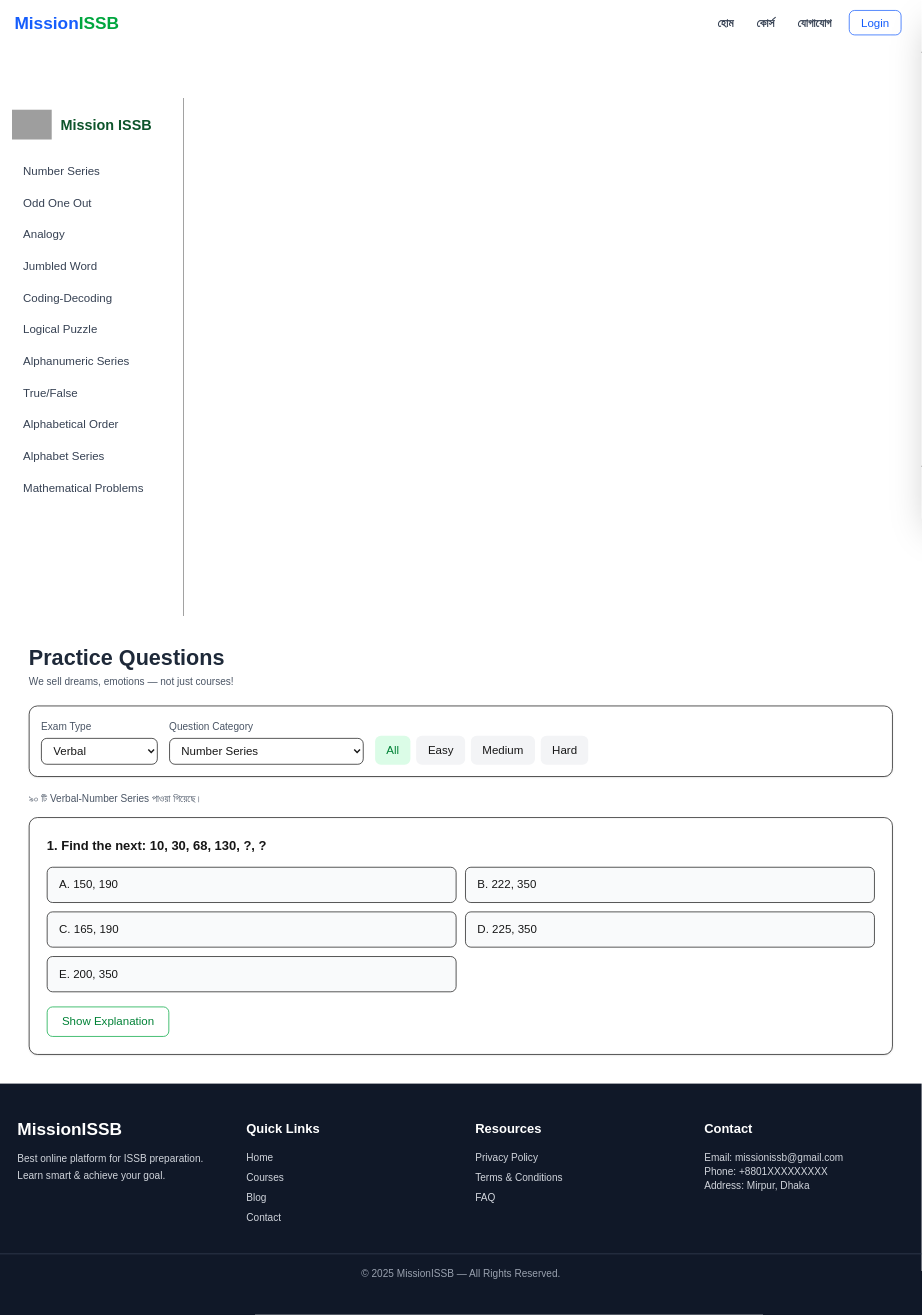
Repository: mdmuhibullahhabib/missionissb
Page: /issb/iq-practice
An editor plug-in stored every save of this project. The page is shown before and after the next save, followed by the edit.
The browser window is 1280 px wide. The pictures show the whole page, at 72% of full size.
Pictures or frames that could not be fetched are drawn as grey boxes. The page's requests for data from a server got no answer. The project was rebuilt for these pictures with package versions that can differ from the ones it lists, and the page was loaded fresh each time. The framework's server and built-in components were replaced by stand-ins that run in the browser. No one was signed in, and anything a server would have sent is missing. Also part of the build but not shown: next.config.mjs.

Above is the page before, as saved 2025-12-11 23:40:26.

### app/layout.js
import { Geist, Geist_Mono } from 'next/font/google'
import './globals.css'
import Footer from '@/components/shared/Footer'
import Navbar from '@/components/shared/Navbar'
import NextAuthProvider from './providers/NextAuthProvider'
import LayoutWrapper from '@/components/LayoutWrapper'

const geistSans = Geist({
  variable: '--font-geist-sans',
  subsets: ['latin']
})

const geistMono = Geist_Mono({
  variable: '--font-geist-mono',
  subsets: ['latin']
})

export const metadata = {
  title: 'Mission ISSB',
  description: 'Generated by create next app'
}

export default function RootLayout({ children }) {
  return (
    <html lang='en' suppressHydrationWarning={true}>
      <body
        className={`${geistSans.variable} ${geistMono.variable} antialiased`}
      >
        <NextAuthProvider>

                    <LayoutWrapper>{children}</LayoutWrapper>


          {/* <Navbar />

          {children}

          <Footer /> */}
        </NextAuthProvider>
      </body>
    </html>
  )
}

### app/issb/iq-practice/page.jsx
"use client";

import React from 'react'
import AsideMenu from './components/AsideMenu';
import PracticeQuestions from './components/PracticeQuestions';

const IqPracticePage = () => {
  return (
    <div className='mt-34'>
        <AsideMenu/>
        <PracticeQuestions/>
        </div>
  )
}

export default IqPracticePage

### components/shared/Footer.jsx
"use client";
import Link from "next/link";

export default function Footer() {
  return (
    <footer className="bg-gray-900 text-gray-300 py-12">
      <div className="max-w-7xl mx-auto grid grid-cols-1 md:grid-cols-4 gap-10 px-6">

        {/* Column 1 */}
        <div>
          <h2 className="text-2xl font-bold text-white">MissionISSB</h2>
          <p className="mt-3 text-sm leading-6">
            Best online platform for ISSB preparation.
            Learn smart & achieve your goal.
          </p>
        </div>

        {/* Column 2 */}
        <div>
          <h3 className="text-lg font-semibold text-white mb-4">Quick Links</h3>
          <ul className="space-y-2 text-sm">
            <li><Link href="/" className="hover:text-white">Home</Link></li>
            <li><Link href="/courses" className="hover:text-white">Courses</Link></li>
            <li><Link href="/blog" className="hover:text-white">Blog</Link></li>
            <li><Link href="/contact" className="hover:text-white">Contact</Link></li>
          </ul>
        </div>

        {/* Column 3 */}
        <div>
          <h3 className="text-lg font-semibold text-white mb-4">Resources</h3>
          <ul className="space-y-2 text-sm">
            <li><Link href="/privacy" className="hover:text-white">Privacy Policy</Link></li>
            <li><Link href="/terms" className="hover:text-white">Terms & Conditions</Link></li>
            <li><Link href="/faq" className="hover:text-white">FAQ</Link></li>
          </ul>
        </div>

        {/* Column 4 */}
        <div>
          <h3 className="text-lg font-semibold text-white mb-4">Contact</h3>
          <p className="text-sm">Email: missionissb@gmail.com</p>
          <p className="text-sm">Phone: +8801XXXXXXXXX</p>
          <p className="text-sm">Address: Mirpur, Dhaka</p>
        </div>
      </div>

      <div className="mt-10 border-t border-gray-700 pt-4 text-center text-gray-400 text-sm">
        © {new Date().getFullYear()} MissionISSB — All Rights Reserved.
      </div>
    </footer>
  );
}

### components/shared/Navbar.jsx
"use client";
import { useState, useEffect } from "react";
import Link from "next/link";
import { FiMenu, FiX } from "react-icons/fi";
import { useSession } from "next-auth/react";
import { useRouter } from "next/navigation";
import DrawerMenu from "../user/UserDrawerMenu";


// Fake user data
const fakeUser = {
    name: "Muhibullah Habib",
    email: "muhib@example.com",
    avatar: "https://i.pravatar.cc/100?img=11",
    role: "admin",
};

export default function Navbar() {
    const [open, setOpen] = useState(false);
    const [scroll, setScroll] = useState(false);
    const router = useRouter();
        const [drawerOpen, setDrawerOpen] = useState(false);
    const [userDrawerOpen, setUserDrawerOpen] = useState(false);
    const { data: session, status } = useSession();
    console.log(session)
    console.log(status)

    // Scroll detection for shadow effect
    useEffect(() => {
        const handleScroll = () => {
            setScroll(window.scrollY > 10);
        };
        window.addEventListener("scroll", handleScroll);
        return () => window.removeEventListener("scroll", handleScroll);
    }, []);

    const navLinks = [
        { name: "হোম", href: "/" },
        { name: "কোর্স", href: "/courses" },
        { name: "যোগাযোগ", href: "/contact" },
    ];

    // User icon click
    const handleUserClick = () => {
        if (status == "authenticated") {
            setUserDrawerOpen(true);
        } else {
            router.push("/auth");
        }
    };

    return (
        <>
            <nav
                className={`w-full fixed top-0 z-50 transition-all ${scroll ? "bg-white shadow-md" : "bg-white"
                    }`}
            >
                <div className="max-w-7xl mx-auto px-5 py-3 flex justify-between items-center">

                    {/* Logo */}
                    <Link href="/" className="text-2xl font-bold text-blue-600">
                        Mission<span className="text-green-600">ISSB</span>
                    </Link>


                    {/* Auth Buttons */}
                    <div className="hidden items-center md:flex gap-4">
                        {/* Desktop Menu */}
                        <div className="hidden md:flex gap-8">
                            {navLinks.map((link) => (
                                <Link
                                    key={link.name}
                                    href={link.href}
                                    className="text-gray-700 font-semibold hover:text-blue-600 transition font-medium"
                                >
                                    {link.name}
                                </Link>
                            ))}
                        </div>

                        {/* User Icon */}
                        <button
                            onClick={handleUserClick}
                            className="p-2 rounded-full hover:bg-gray-100 transition duration-150"
                        >
                            {status == "authenticated" ? (
                                <img
                                    src={fakeUser?.avatar}
                                    alt="user"
                                    className="h-8 w-8 rounded-full border"
                                />
                            ) : (
                                <Link
                                    href="/auth"
                                    className="px-4 py-2 border border-blue-600 text-blue-600 rounded-lg hover:bg-blue-600 hover:text-white transition"
                                >
                                    Login
                                </Link>
                            )}
                        </button>
                    </div>

                    {/* Mobile Toggle */}
                    <button onClick={() => setOpen(!open)} className="md:hidden text-3xl">
                        {open ? <FiX /> : <FiMenu />}
                    </button>
                </div>

                {/* Mobile Menu */}
                <div
                    className={`md:hidden bg-white fixed top-[64px] left-0 w-full h-screen transition-all duration-300 ${open ? "translate-y-0 opacity-100" : "-translate-y-5 opacity-0 pointer-events-none"
                        }`}
                >
                    <div className="flex flex-col gap-6 px-6 py-6 text-lg">
                        {navLinks.map((link) => (
                            <Link
                                key={link.name}
                                href={link.href}
                                onClick={() => setOpen(false)}
                                className="text-gray-700 hover:text-blue-600"
                            >
                                {link.name}
                            </Link>
                        ))}

                        <hr />

                        <Link
                            href="/auth/login"
                            onClick={() => setOpen(false)}
                            className="text-blue-600 font-semibold"
                        >
                            Login
                        </Link>
                    </div>
                </div>
            </nav>

            <DrawerMenu
                isOpen={userDrawerOpen}
                onClose={() => setUserDrawerOpen(false)}
                // user={user}
            />
        </>
    );
}

### app/providers/NextAuthProvider.jsx
"use client"
import { SessionProvider } from 'next-auth/react'
import React from 'react'

const NextAuthProvider = ({ children }) => {
    return <SessionProvider>{children}</SessionProvider>
}

export default NextAuthProvider;

### components/LayoutWrapper.jsx
"use client";

import { usePathname } from "next/navigation";
import Navbar from "./shared/Navbar";
import Footer from "./shared/Footer";

export default function LayoutWrapper({ children }) {
  const pathname = usePathname();
  const isAdmin = pathname.startsWith("/admin");
  const isAuth = pathname.startsWith("/auth");

  return (
    <>
      {!isAdmin && !isAuth && <Navbar />}

      <main>{children}</main>

      {!isAdmin && !isAuth && <Footer />}
    </>
  );
}

### app/issb/iq-practice/components/AsideMenu.jsx
"use client";

import Link from "next/link";

export default function AsideMenu() {
  const menu = [
    "Number Series",
    "Odd One Out",
    "Analogy",
    "Jumbled Word",
    "Coding-Decoding",
    "Logical Puzzle",
    "Alphanumeric Series",
    "True/False",
    "Alphabetical Order",
    "Alphabet Series",
    "Mathematical Problems",
  ];

  return (
    <aside className="w-full md:w-64 bg-white border-r h-full md:h-screen p-4 overflow-y-auto sticky top-0">
      {/* Logo */}
      <div className="flex items-center gap-3 mb-6">
        <img src="/logo.png" alt="Mission ISSB" className="w-14" />
        <h2 className="text-xl font-bold text-green-900">Mission ISSB</h2>
      </div>

      {/* Menu */}
      <div className="space-y-1">
        {menu.map((item, idx) => (
          <Link
            key={idx}
            href={`/iq-practice/${item.toLowerCase().replace(/\s+/g, "-")}`}
            className="block px-4 py-2 rounded-lg text-gray-700 hover:bg-green-100 hover:text-green-700 transition"
          >
            {item}
          </Link>
        ))}
      </div>
    </aside>
  );
}

### app/issb/iq-practice/components/PracticeQuestions.jsx
"use client";

import { useState } from "react";

export default function PracticeQuestions() {
  const [showExplanation, setShowExplanation] = useState(false);

  return (
    <div className="flex-1 p-4 md:p-10">

      {/* Header */}
      <h1 className="text-3xl font-bold text-gray-800">Practice Questions</h1>
      <p className="text-gray-600 mt-1 text-sm">
        We sell dreams, emotions — not just courses!
      </p>

      {/* Filters */}
      <div className="mt-6 bg-white p-4 rounded-xl shadow-sm border flex flex-col md:flex-row gap-4">
        {/* Exam Type */}
        <div>
          <label className="text-gray-600 text-sm">Exam Type</label>
          <select className="mt-1 border px-3 py-2 rounded-lg w-full">
            <option>Verbal</option>
          </select>
        </div>

        {/* Category */}
        <div>
          <label className="text-gray-600 text-sm">Question Category</label>
          <select className="mt-1 border px-3 py-2 rounded-lg w-full">
            <option>Number Series</option>
          </select>
        </div>

        {/* Difficulty */}
        <div className="flex items-end gap-2">
          <button className="px-4 py-2 rounded-lg bg-green-100 text-green-700 font-medium">
            All
          </button>
          <button className="px-4 py-2 rounded-lg bg-gray-100">Easy</button>
          <button className="px-4 py-2 rounded-lg bg-gray-100">Medium</button>
          <button className="px-4 py-2 rounded-lg bg-gray-100">Hard</button>
        </div>
      </div>

      {/* Count */}
      <p className="mt-5 text-gray-600 text-sm">৯০ টি Verbal-Number Series পাওয়া গিয়েছে।</p>

      {/* Question Card */}
      <div className="mt-4 bg-white border p-6 rounded-xl shadow-sm">
        <h3 className="font-semibold text-lg">
          1. Find the next: 10, 30, 68, 130, ?, ?
        </h3>

        {/* Options */}
        <div className="mt-4 grid grid-cols-1 md:grid-cols-2 gap-3">
          {["150, 190", "222, 350", "165, 190", "225, 350", "200, 350"].map(
            (opt, i) => (
              <div
                key={i}
                className={`px-4 py-3 rounded-lg border bg-gray-50 hover:bg-gray-100 cursor-pointer`}
              >
                {String.fromCharCode(65 + i)}. {opt}
              </div>
            )
          )}
        </div>

        {/* Explanation */}
        <button
          onClick={() => setShowExplanation(!showExplanation)}
          className="mt-5 px-5 py-2 border border-green-600 text-green-700 rounded-lg hover:bg-green-50"
        >
          Show Explanation
        </button>

        {showExplanation && (
          <p className="mt-3 text-gray-700">
            Explanation will go here...
          </p>
        )}
      </div>
    </div>
  );
}

### components/user/UserDrawerMenu.jsx
"use client";

import { FiX, FiUser, FiShoppingBag, FiSettings, FiGrid, FiLogOut } from "react-icons/fi";
import { motion, AnimatePresence } from "framer-motion";
import Image from "next/image";
import { useRouter } from "next/navigation";
import { signOut, useSession } from "next-auth/react";
import Link from "next/link";

export default function DrawerMenu({ isOpen, onClose, user = {} }) {
  const router = useRouter();
  const { data: session, status } = useSession();
  console.log(session)

  const handleNavigate = (path) => {
    onClose();
    router.push(path);
  };

  const handleLogout = async () => {
    // You can replace with your logout logic
    console.log("User logged out");
    onClose();
    await signOut();
  };

  const isAdmin = user?.role === "admin";

  return (
    <>
      {/* Overlay */}
      <AnimatePresence>
        {isOpen && (
          <motion.div
            initial={{ opacity: 0 }}
            animate={{ opacity: 1 }}
            exit={{ opacity: 0 }}
            onClick={onClose}
            className="fixed inset-0 bg-black/30 backdrop-blur-sm z-40 cursor-pointer"
          />
        )}
      </AnimatePresence>

      {/* Drawer */}
      <motion.div
        initial={{ x: "100%" }}
        animate={{ x: isOpen ? 0 : "100%" }}
        exit={{ x: "100%" }}
        transition={{ type: "spring", stiffness: 100, damping: 20 }}
        className="fixed top-0 right-0 h-full w-80 sm:w-96 bg-white shadow-2xl z-50 flex flex-col"
      >
        {/* Header */}
        <div className="flex justify-between items-center p-4 border-b">
          <div className="flex items-center gap-3">
            <Image
              src={user?.photo || "https://i.ibb.co/5j9n3yH/default-avatar.png"}
              width={40}
              height={40}
              alt="User avatar"
              className="rounded-full object-cover"
            />
            <div>
              <p className="font-semibold text-gray-800">
                {user?.name || "Guest User"}
              </p>
              <p className="text-xs text-gray-500">
                {isAdmin ? "Administrator" : "Regular User"}
              </p>
            </div>
          </div>
          <button onClick={onClose} className="text-gray-600 hover:text-red-500">
            <FiX className="h-6 w-6" />
          </button>
        </div>

        {/* Menu Items */}
        <div className="flex-1 overflow-y-auto p-5 space-y-4 text-gray-700">
          <button
            onClick={() => handleNavigate("/profile")}
            className="flex items-center gap-3 w-full p-3 rounded-xl hover:bg-gray-100 transition"
          >
            <FiUser className="text-red-500" />
            <span>My Profile</span>
          </button>

          <Link
            href={"/mycourse"}
            // onClick={() => handleNavigate("/mycourse")}
            className="flex items-center gap-3 w-full p-3 rounded-xl hover:bg-gray-100 transition"
          >
            <FiShoppingBag className="text-red-500" />
            <span>My Courses</span>
          </Link>

          <Link
            href={"/admin/dashboard"}
            // onClick={() => handleNavigate("/mycourse")}
            className="flex items-center gap-3 w-full p-3 rounded-xl hover:bg-gray-100 transition"
          >
            <FiShoppingBag className="text-red-500" />
            <span>Admin Dashboard</span>
          </Link>

          {isAdmin && (
            <button
              onClick={() => handleNavigate("/admin/dashboard")}
              className="flex items-center gap-3 w-full p-3 rounded-xl hover:bg-gray-100 transition"
            >
              <FiGrid className="text-red-500" />
              <span>Admin Dashboard</span>
            </button>
          )}
        </div>

        {/* Footer */}
        <div className="border-t p-4">
          <button
            onClick={handleLogout}
            className="flex items-center justify-center gap-2 w-full py-2 bg-red-600 text-white font-medium rounded-xl hover:bg-red-700 transition"
          >
            <FiLogOut />
            Logout
          </button>
        </div>
      </motion.div>
    </>
  );
}

Loaded but not shown: app/globals.css (common file)

After the next save:
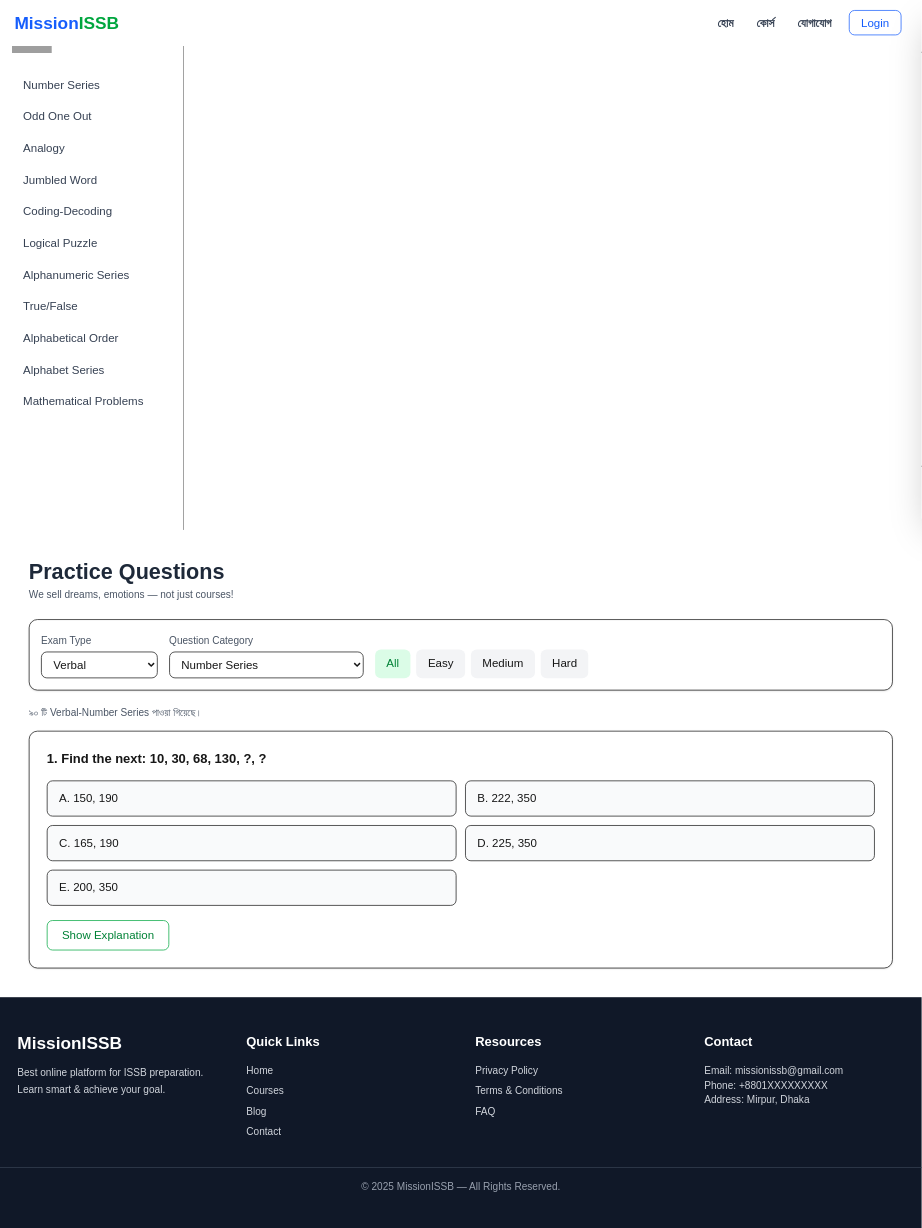
Saved 35 s later.
--- a/app/issb/iq-practice/page.jsx
+++ b/app/issb/iq-practice/page.jsx
@@ -6,7 +6,7 @@ import PracticeQuestions from './components/PracticeQuestions';
 
 const IqPracticePage = () => {
   return (
-    <div className='mt-34'>
+    <div className='mt-4'>
         <AsideMenu/>
         <PracticeQuestions/>
         </div>
